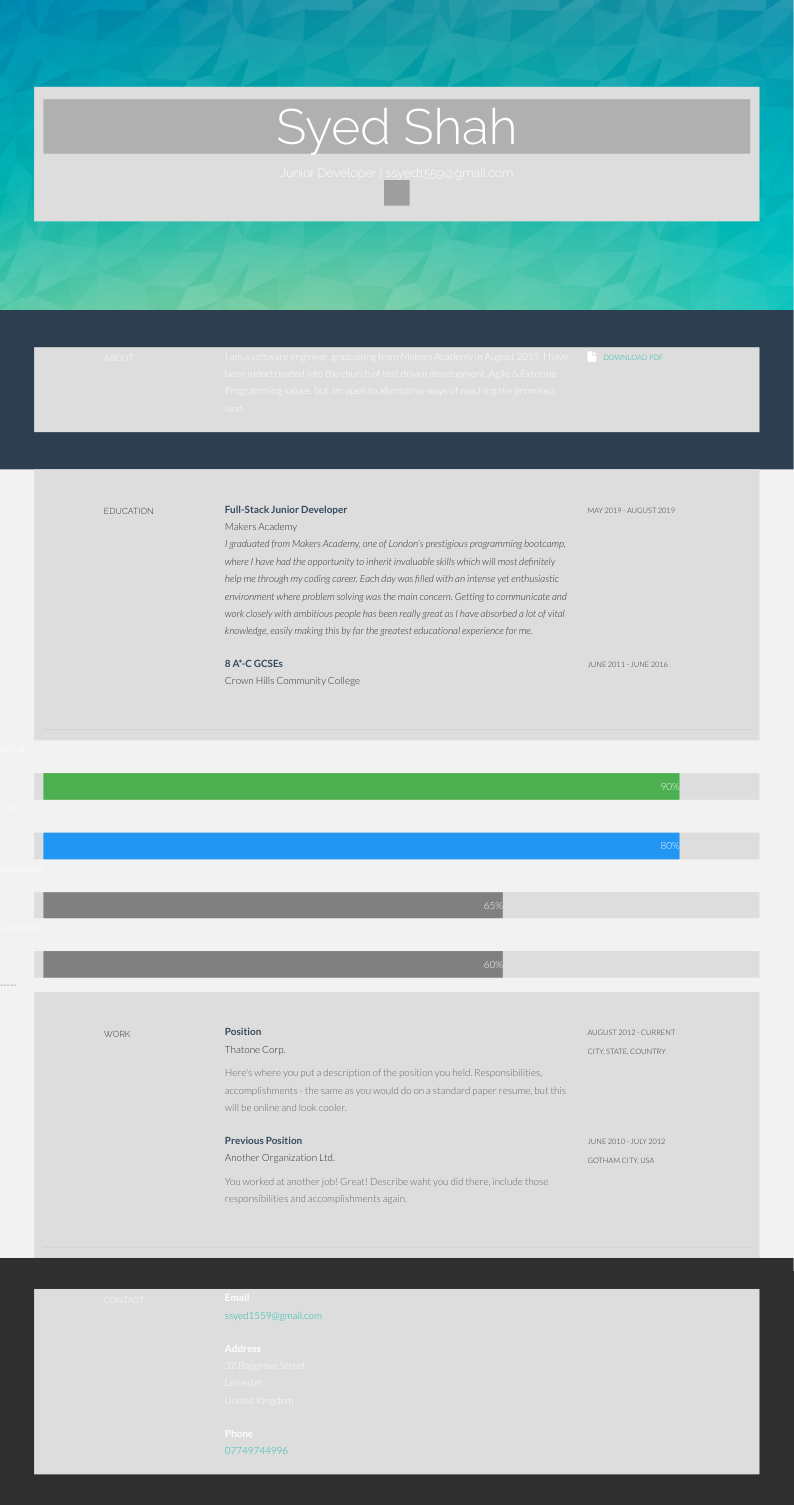
Repository: Syed-A-Shah/Resume
Page: index.html
The author's editor kept a record of every edit. The page is drawn from the files as they stood at one moment, then again after the next edit.
The browser window is 1280 px wide. The pictures show the whole page, at 62% of full size.
Pictures or frames that could not be fetched are drawn as grey boxes.

Above is the page before.

After the next edit:
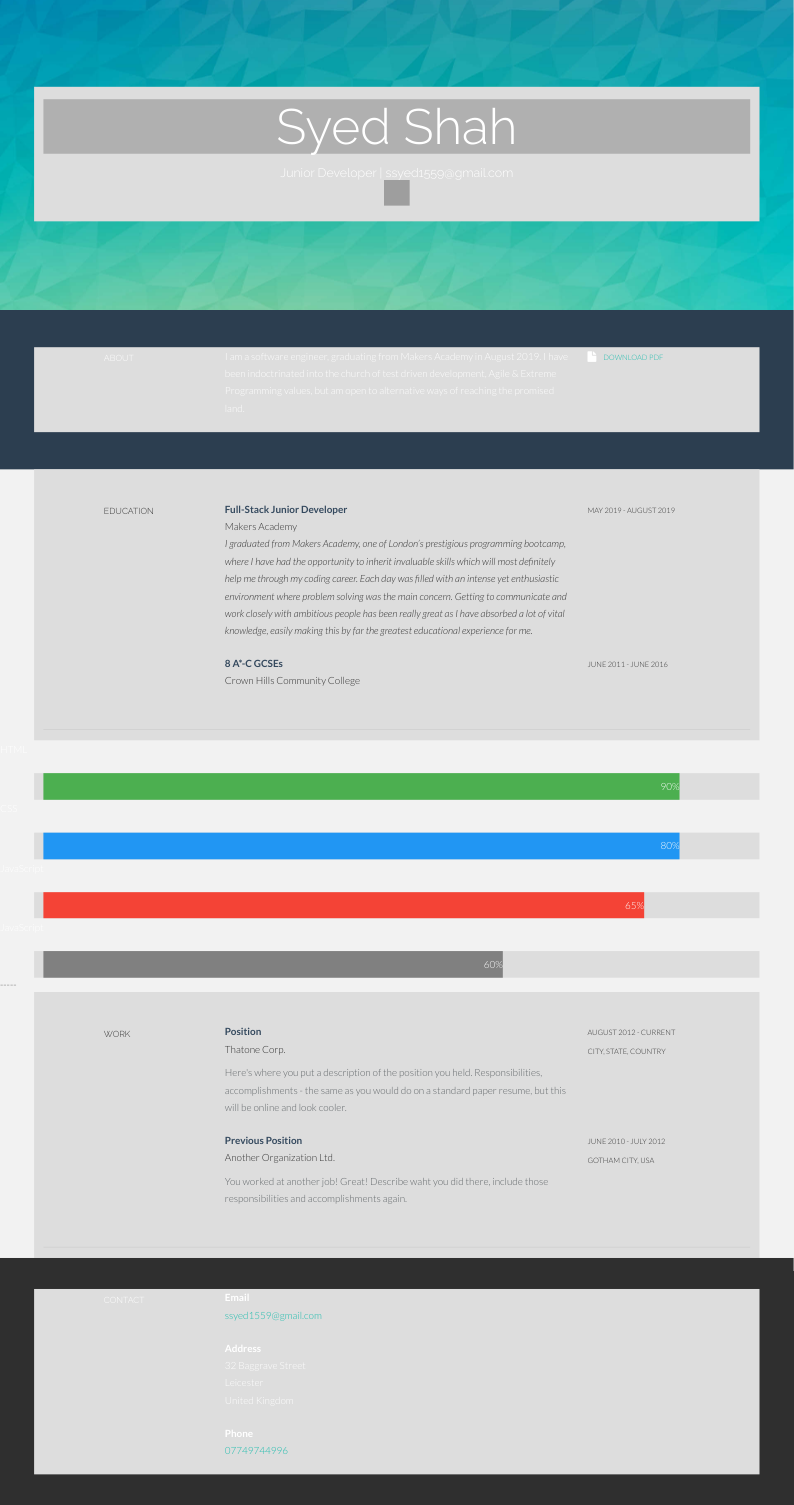
The edit:
--- a/index.html
+++ b/index.html
@@ -140,7 +140,7 @@
 
 	<p>JavaScript</p>
 	<div class="container">
-	  <div class="skills js">65%</div>
+	  <div class="skills ruby">65%</div>
 	</div>
 
 	<p>JavaScript</p>
